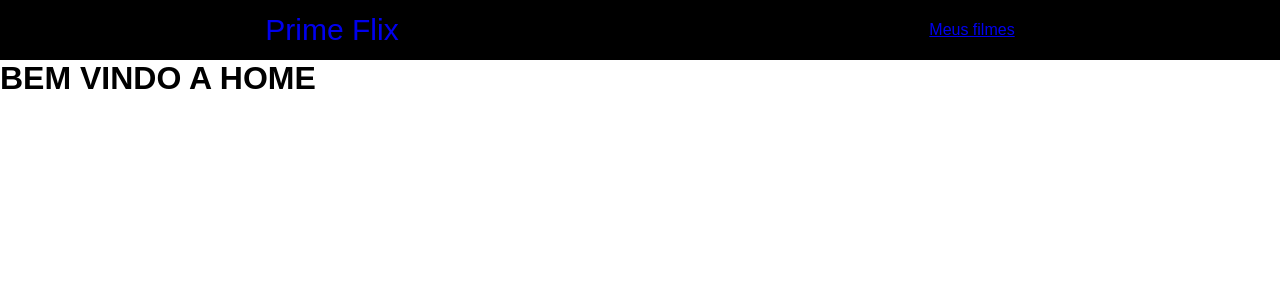
Repository: devsamuel23/primeflix_git
Page: /
An editor plug-in stored every save of this project. The page is shown before and after a run of saves, followed by the edit.
The browser window is 1280 px wide. The pictures show the whole page.
The project was rebuilt for these pictures with package versions that can differ from the ones it lists, and the page was loaded fresh each time. Also part of the build but not shown: src/pages/Filme/index.js.

Above is the page before, as saved 2023-05-19 15:16:20.

After the next 2 saves:
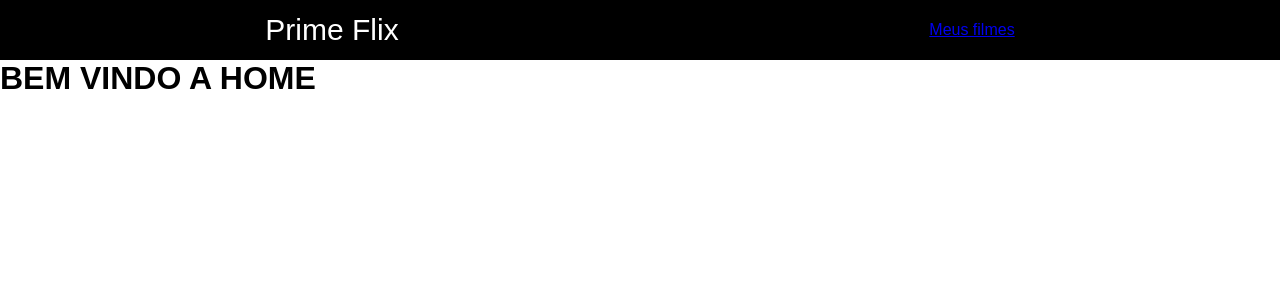
The 2 saves are shown as one change because they came seconds apart.
The last was saved 7 s later.
--- a/src/components/Header/header.css
+++ b/src/components/Header/header.css
@@ -11,5 +11,5 @@ header{
     text-decoration: none;
     font-size: 30px;
     cursor: pointer;
-    color: ;
+    color: #fff;
 }
